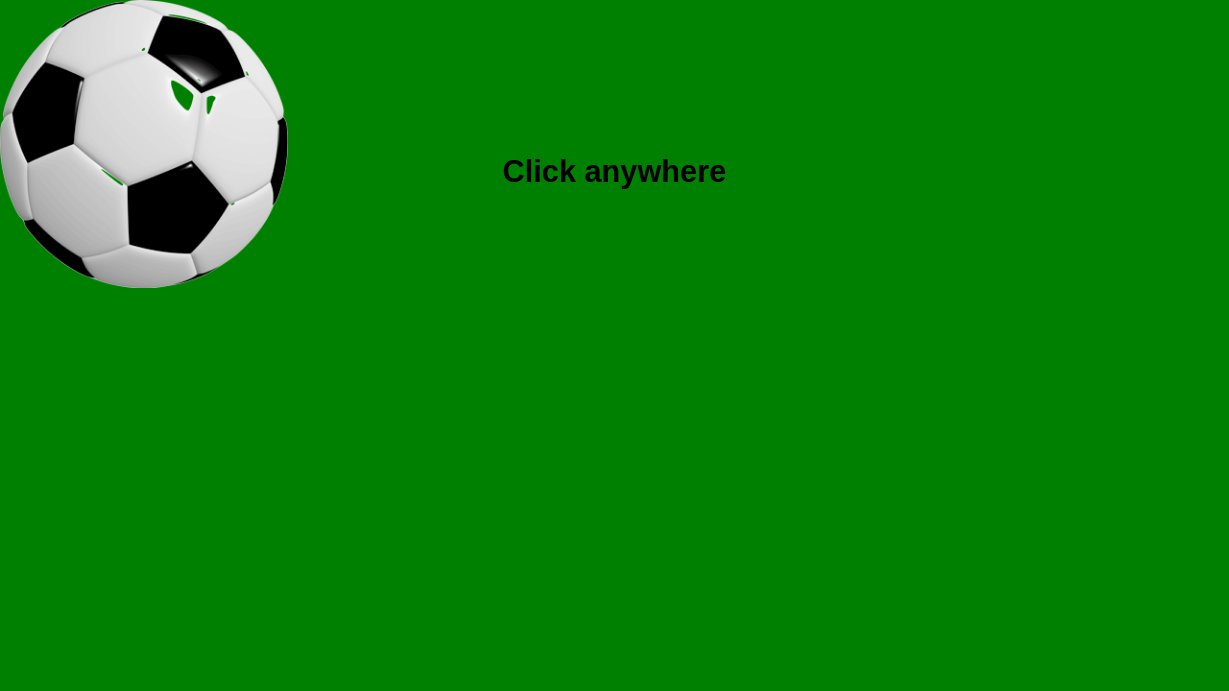
Repository: alexmaddux99/Lab3
Page: mouse-events.html
These files come from the project's save history. The page is drawn as it stood at one moment and after the next save; the edit follows.
The browser window is 1280 px wide. The pictures show the whole page, at 96% of full size.

Above is the page before, as saved 2022-03-06 16:57:57.

### mouse-events.html
<!DOCTYPE html>
<html lang="en">

<head>
    <meta charset="UTF-8">
    <meta http-equiv="X-UA-Compatible" content="IE=edge">
    <meta name="viewport" content="width=device-width, initial-scale=1.0">
    <title>Get the ball in the goal! Double Click the ball for a trick!</title>
    <style>
        body {
            background-color: green;
            margin:0;
            height:100vh;
        }

        .ball {
            height: 1px;
            width: 1px;
            transition: transform 1s;
        }

        p {
            margin-top: 10rem;
            text-align: center;
            font: bold 2rem sans-serif;
        }


    </style>
</head>

<body>

    <div id="dot" class="ball">
        <img src="/images/soccer.png" alt="Score a Goal!">
    </div>
    <p>Click anywhere</p>

    <script>
        var dot = document.getElementById('dot');
        document.body.addEventListener('click', (e) => {
            console.log("Client: " , e.clientX , e.clientY)
            console.log("Page: " , e.pageX , e.pageY)
            console.log("Screen: " , e.screenX , e.screenY)
            console.log("Event Object: ", e);
            dot.style.transform = `translateY(${e.clientY - 25}px)`;
            dot.style.transform += `translateX(${e.clientX - 25}px)`;
            dot.style.opacity = 1;
        }, false);
    </script>
</body>

</html>

After the next save:
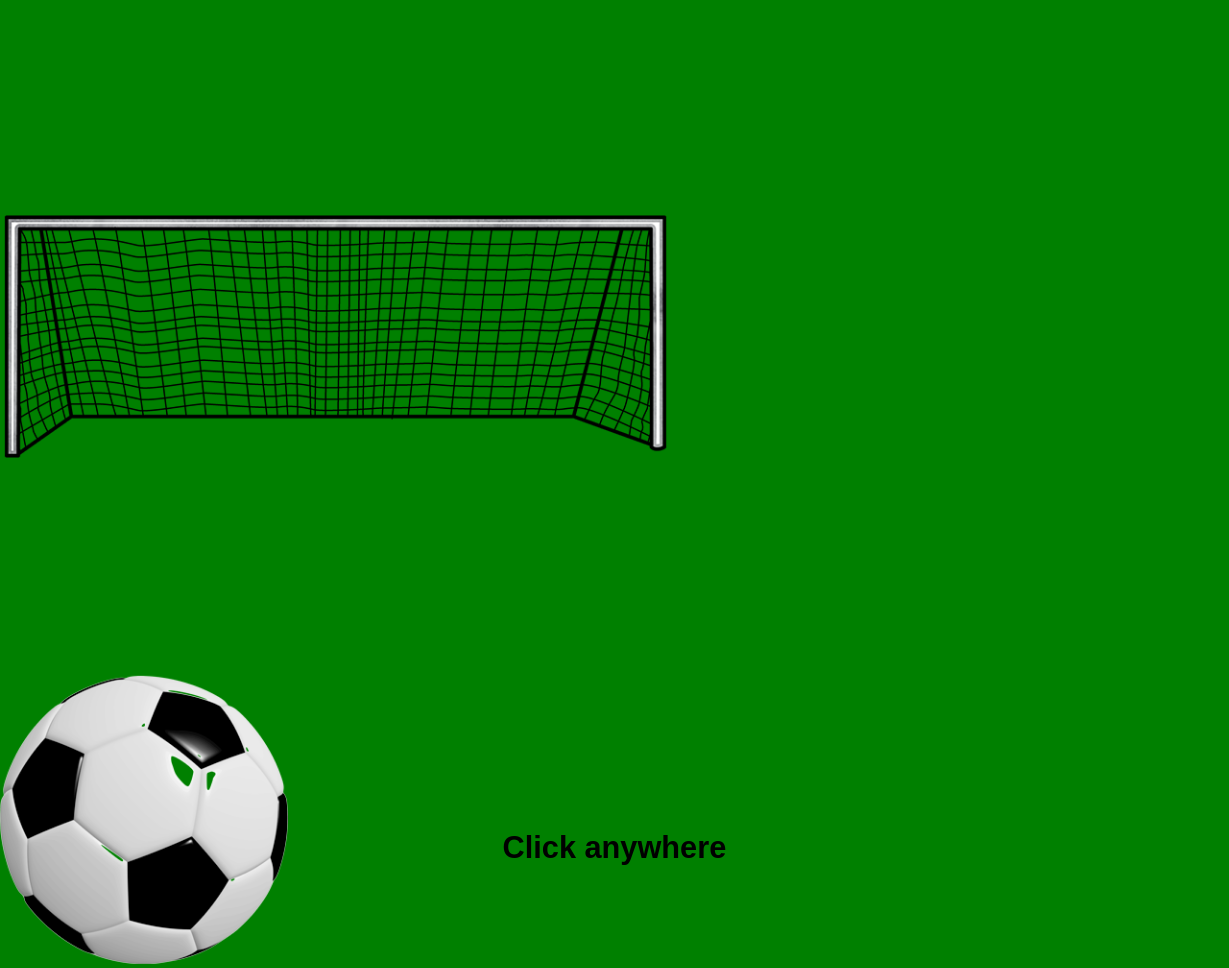
Saved 78 s later.
--- a/mouse-events.html
+++ b/mouse-events.html
@@ -31,6 +31,8 @@
 
 <body>
 
+    <img src="/images/goal.png" alt="GOAL!">
+
     <div id="dot" class="ball">
         <img src="/images/soccer.png" alt="Score a Goal!">
     </div>
